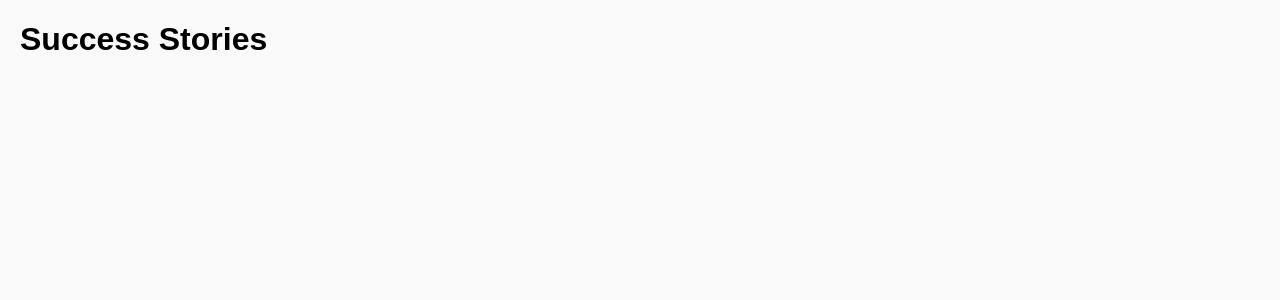
Repository: omas1st/stories
Page: http://localhost/stories/
The author's editor kept a copy of each file at every save. The page is drawn from the files as they stood at one save, then again after the next save.
The browser window is 1280 px wide. The pictures show the whole page.
The page is served by the project's Node server (server.js). Other server files are loaded and not shown. Queries for data that is not in the repository find no rows.

Above is the page before, as saved 2025-04-06 15:29:50.

### views/stories.ejs
<!DOCTYPE html>
<html>
<head>
  <meta charset="UTF-8">
  <title>Success Stories</title>
  <style>
    body { font-family: Arial, sans-serif; margin: 20px; background: #f9f9f9; }
    .story { background: #fff; padding: 20px; margin-bottom: 15px; border-radius: 5px; box-shadow: 0 2px 5px rgba(0,0,0,0.1); }
    .story img { float: left; margin-right: 20px; width: 100px; height: 100px; object-fit: cover; border-radius: 50%; }
    .story h2 { margin: 0 0 5px; }
    .clear { clear: both; }
  </style>
</head>
<body>
  <h1>Success Stories</h1>
  <% stories.forEach(story => { %>
    <div class="story">
      <img src="/images/<%= story.image %>" alt="<%= story.name %>">
      <h2><%= story.name %></h2>
      <p><strong>Email:</strong> <%= story.gmail %></p>
      <p><%= story.successStory %></p>
      <div class="clear"></div>
    </div>
  <% }) %>
</body>
</html>

### server.js
const express = require('express');
const mongoose = require('mongoose');
const dotenv = require('dotenv');
const session = require('express-session');

dotenv.config();

const app = express();

// Set EJS as the view engine
app.set('view engine', 'ejs');
app.use(express.static('public'));

// Body parsing middleware
app.use(express.urlencoded({ extended: true }));
app.use(express.json());

// Session middleware
app.use(session({
  secret: process.env.SECRET_KEY,
  resave: false,
  saveUninitialized: false
}));

// Connect to MongoDB
mongoose.connect(process.env.MONGO_URI, {
  useNewUrlParser: true,
  useUnifiedTopology: true
})
  .then(() => console.log('Connected to MongoDB'))
  .catch(err => console.error('MongoDB connection error:', err));

// Regular routes
const storiesRoute = require('./routes/stories');
app.use('/stories', storiesRoute);

// Admin routes
const adminRoute = require('./routes/admin');
app.use('/admin', adminRoute);

const PORT = process.env.PORT || 3000;
app.listen(PORT, () => console.log(`Server started on port ${PORT}`));

### routes/stories.js
const express = require('express');
const router = express.Router();
const Story = require('../models/story');

// GET route to display success stories
router.get('/', async (req, res) => {
  try {
    const stories = await Story.find().limit(50); // retrieve 50 stories
    res.render('stories', { stories });
  } catch (err) {
    console.error(err);
    res.status(500).send('Server error');
  }
});

module.exports = router;

### public/css/styles.css
/* Global Styles */
body {
    font-family: 'Segoe UI', Tahoma, Geneva, Verdana, sans-serif;
    background-color: #f4f6f8;
    margin: 0;
    padding: 0;
    color: #333;
  }

  .container {
    width: 90%;
    max-width: 1200px;
    margin: 30px auto;
    padding: 20px;
    background: #fff;
    border-radius: 8px;
    box-shadow: 0 4px 6px rgba(0,0,0,0.1);
  }

  /* Header */
  header {
    background-color: #0077cc;
    color: #fff;
    padding: 15px 20px;
    border-radius: 8px 8px 0 0;
  }

  header h1 {
    margin: 0;
    font-size: 1.8rem;
  }

  /* Success Stories Page */
  .story {
    display: flex;
    align-items: flex-start;
    margin-bottom: 20px;
    border-bottom: 1px solid #e0e0e0;
    padding-bottom: 20px;
  }

  .story img {
    width: 100px;
    height: 100px;
    object-fit: cover;
    border-radius: 50%;
    margin-right: 20px;
    border: 3px solid #0077cc;
  }

  .story h2 {
    margin: 0 0 5px;
    color: #0077cc;
  }

  .story p {
    line-height: 1.5;
  }

  /* Admin Panel Styles */
  .admin-header {
    background-color: #343a40;
    color: #fff;
    padding: 15px;
    border-radius: 8px 8px 0 0;
    display: flex;
    justify-content: space-between;
    align-items: center;
  }

  .admin-header a {
    color: #fff;
    text-decoration: none;
    margin-left: 15px;
  }

  .admin-container {
    padding: 20px;
  }

  .admin-form {
    max-width: 600px;
    margin: 0 auto;
  }

  .admin-form label {
    display: block;
    margin-top: 15px;
    font-weight: bold;
  }

  .admin-form input,
  .admin-form textarea {
    width: 100%;
    padding: 10px;
    margin-top: 5px;
    border: 1px solid #ccc;
    border-radius: 4px;
  }

  .admin-form button {
    margin-top: 20px;
    padding: 10px 20px;
    background-color: #0077cc;
    color: #fff;
    border: none;
    border-radius: 4px;
    cursor: pointer;
  }

  .admin-form button:hover {
    background-color: #005fa3;
  }

  /* Admin Dashboard List */
  .dashboard-list {
    list-style: none;
    padding: 0;
  }

  .dashboard-list li {
    background: #f9f9f9;
    margin-bottom: 10px;
    padding: 15px;
    border-radius: 4px;
    display: flex;
    justify-content: space-between;
    align-items: center;
  }

  .dashboard-list li a {
    text-decoration: none;
    color: #0077cc;
    margin-left: 10px;
  }

  .dashboard-list li a:hover {
    text-decoration: underline;
  }

  /* Form Errors */
  .error {
    color: red;
    font-weight: bold;
  }

After the next save:
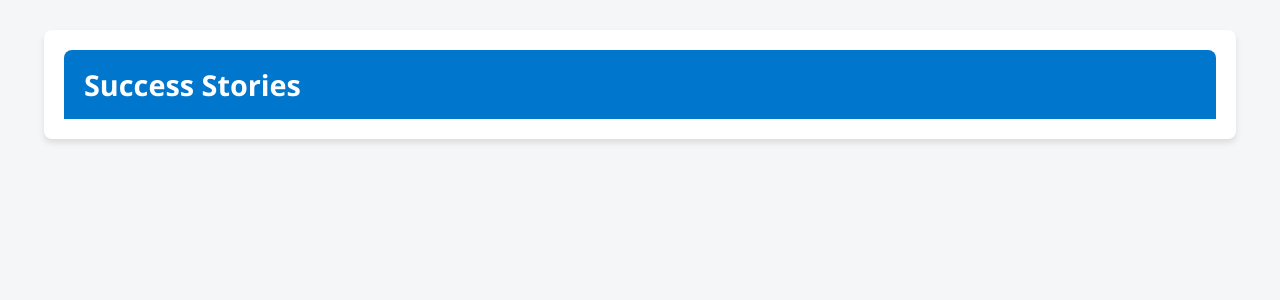
Saved 74 s later.
--- a/views/stories.ejs
+++ b/views/stories.ejs
@@ -3,24 +3,23 @@
 <head>
   <meta charset="UTF-8">
   <title>Success Stories</title>
-  <style>
-    body { font-family: Arial, sans-serif; margin: 20px; background: #f9f9f9; }
-    .story { background: #fff; padding: 20px; margin-bottom: 15px; border-radius: 5px; box-shadow: 0 2px 5px rgba(0,0,0,0.1); }
-    .story img { float: left; margin-right: 20px; width: 100px; height: 100px; object-fit: cover; border-radius: 50%; }
-    .story h2 { margin: 0 0 5px; }
-    .clear { clear: both; }
-  </style>
+  <link rel="stylesheet" href="/css/styles.css">
 </head>
 <body>
-  <h1>Success Stories</h1>
-  <% stories.forEach(story => { %>
-    <div class="story">
-      <img src="/images/<%= story.image %>" alt="<%= story.name %>">
-      <h2><%= story.name %></h2>
-      <p><strong>Email:</strong> <%= story.gmail %></p>
-      <p><%= story.successStory %></p>
-      <div class="clear"></div>
-    </div>
-  <% }) %>
+  <div class="container">
+    <header>
+      <h1>Success Stories</h1>
+    </header>
+    <% stories.forEach(story => { %>
+      <div class="story">
+        <img src="/images/<%= story.image %>" alt="<%= story.name %>">
+        <div>
+          <h2><%= story.name %></h2>
+          <p><strong>Email:</strong> <%= story.gmail %></p>
+          <p><%= story.successStory %></p>
+        </div>
+      </div>
+    <% }) %>
+  </div>
 </body>
 </html>
